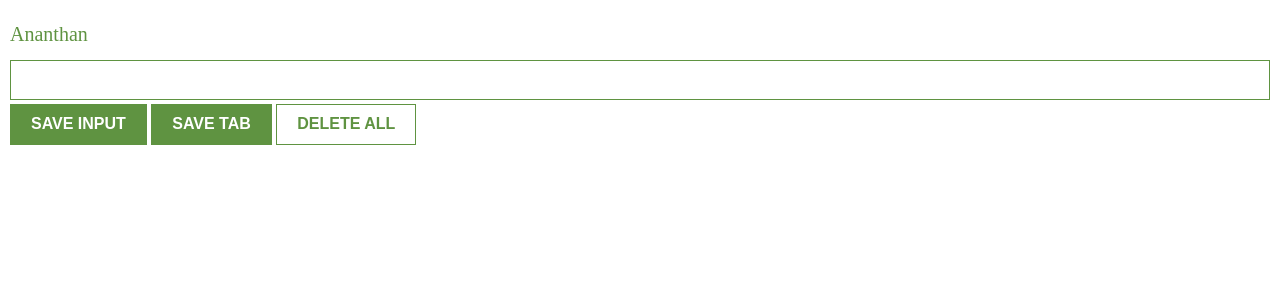
Repository: ananthantharma/Chrome-Extension
Page: index.html
These files come from the project's save history. The page is drawn as it stood at one moment and after the next save; the edit follows.
The browser window is 1280 px wide. The pictures show the whole page.

Above is the page before, as saved 2022-07-20 23:15:51.

### index.html
<html>
    <head><link rel="stylesheet" href="https://cdnjs.cloudflare.com/ajax/libs/normalize/8.0.1/normalize.css">
        <link rel="stylesheet" href="index.css">
        <h1>Ananthan</h1>
    </head>
    <body>
        <input type="text" id="input-el">
        <button id="input-btn">SAVE INPUT</button>
        <button id="tab-btn">SAVE TAB</button>
        <button id="delete-btn">DELETE ALL</button>
        <ul id="ul-el">
        </ul>
        <script src="index.js"></script>
    </body>
</html>

### index.css
body {
    margin: 0;
    padding: 10px;
    font-family: Arial, Helvetica, sans-serif;
    min-width: 400px;
}
h1{
    font-family: 'Brush Script MT', cursive;
    font-size:20px;
    font-style:none;
    font-weight: normal;
    color: #5f9341;
}
input {
    width: 100%;
    padding: 10px;
    box-sizing: border-box;
    border: 1px solid #5f9341;
    margin-bottom: 4px;
}

button {
    background: #5f9341;
    color: white;
    padding: 10px 20px;
    border: 1px solid #5f9341;
    font-weight: bold;
}

#delete-btn {
    background: white;
    color: #5f9341;
}

ul {
    margin-top: 20px;
    list-style: none;
    padding-left: 0;
}

li {
    margin-top: 5px;
}

a {
    color: #5f9341;
}

#delete-icon {
    background: white;
    color: #5f9341;
    font-family: Arial, Helvetica, sans-serif;
    font-size:10px;

    margin: 0;
    padding: 0;
    margin-left: 4px;

    line-height: normal;
}
.small-btn{
    background: white;
    color: #5f9341;
    font-family: Arial, Helvetica, sans-serif;
    font-size:10px;

    margin: 0;
    padding: 0;
    margin-left: 4px;

    line-height: normal;
}

### index.js
let myLeads = []
const inputEl = document.getElementById("input-el")
const inputBtn = document.getElementById("input-btn")
const ulEl = document.getElementById("ul-el")
const deleteBtn = document.getElementById("delete-btn")
const leadsFromLocalStorage = JSON.parse( localStorage.getItem("myLeads") )
const tabBtn = document.getElementById("tab-btn")
const li=document.createElement("li")



if (leadsFromLocalStorage) {
    myLeads = leadsFromLocalStorage
    render(myLeads)
   }

tabBtn.addEventListener("click", function(){
    chrome.tabs.query({active: true, currentWindow: true}, function(tabs){
        myLeads.push(tabs[0].url)
        localStorage.setItem("myLeads", JSON.stringify(myLeads) )

        let a5=document.createElement('a')
        let list5 =document.createElement("li")
        let button5=document.createElement('button')

        button5.className="small-btn"
        button5.id="small-button"
        button5.innerHTML="Delete";
        button5.onclick=function(){
            list5.remove()
            let index = myLeads.indexOf(tabs[0].url);
            //if (index !== -1) {
                myLeads.splice(index, 1);
                localStorage.setItem("myLeads", JSON.stringify(myLeads) )
            //}
        }
        a5.innerHTML=tabs[0].url
        a5.title =tabs[0].url
        a5.href=tabs[0].url



        ulEl.appendChild(list5)
        list5.appendChild(a5)
        list5.appendChild(button5)



        })
    })

function render(leads) {
    for (let i = 0; i < leads.length; i++) {
        //li.appendChild(document.createTextNode(leads[i]));
        let a=document.createElement('a')
        let list =document.createElement("li")
        let button=document.createElement("button")
        button.className="small-btn"
        button.id="small-button"
        button.innerHTML="Delete";
        //*********************************************** */
        button.onclick=function(){
            list.remove()
            let index = myLeads.indexOf(leads[i]);
            //if (index !== -1) {
                myLeads.splice(index, 1);
                localStorage.setItem("myLeads", JSON.stringify(myLeads) )
            //}
        }

        a.innerHTML=leads[i]
        a.title =leads[i]
        a.href=leads[i]

        ulEl.appendChild(list)
        list.appendChild(a)
        list.appendChild(button)



        }

          }

          function removebutton(parent) {

                this.parentElement.remove();
            }

    deleteBtn.addEventListener("dblclick", function() {
        myLeads = []
        localStorage.clear()
        document.getElementById('ul-el').innerHTML = '';
        console.log(myLeads)
        })





    inputBtn.addEventListener("click", function() {
        myLeads.push(inputEl.value)
        localStorage.setItem("myLeads", JSON.stringify(myLeads))

        let a1=document.createElement('a')
        let list1=document.createElement("li")

        let button2=document.createElement('button')
        button2.className="small-btn"
        button2.id="small-button"
        a1.innerHTML=inputEl.value
        a1.title =inputEl.value
        a1.href=inputEl.value

        button2.innerHTML="Delete"
        button2.onclick=function(){
            list1.remove()
            let index = myLeads.indexOf(inputEl.value);
            //if (index !== -1) {
                myLeads.splice(index, 1);
                localStorage.setItem("myLeads", JSON.stringify(myLeads) )
            //}
        }


        ulEl.appendChild(list1);
        list1.appendChild(a1)
        list1.appendChild(button2)


        inputEl.value = ""


        console.log(myLeads)
        })



        /* removeBtn && removeBtn.addEventListener("click", function(){
            myLeads.splice(this.i, 1);
            localStorage.setItem("myLeads", JSON.stringify(myLeads) )
            render(myLeads)
        }) */

     /*    function removebutton(i){
            myLeads.splice(i, 1);
            localStorage.setItem("myLeads", JSON.stringify(myLeads) )
            render(myLeads)
        } */

After the next save:
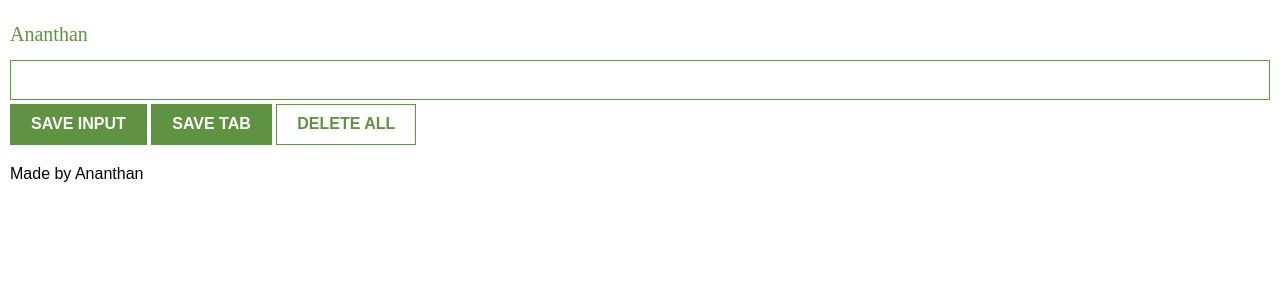
Saved 45 s later.
--- a/index.html
+++ b/index.html
@@ -12,4 +12,5 @@
         </ul>
         <script src="index.js"></script>
     </body>
+    <footer>Made by Ananthan</footer>
 </html>
